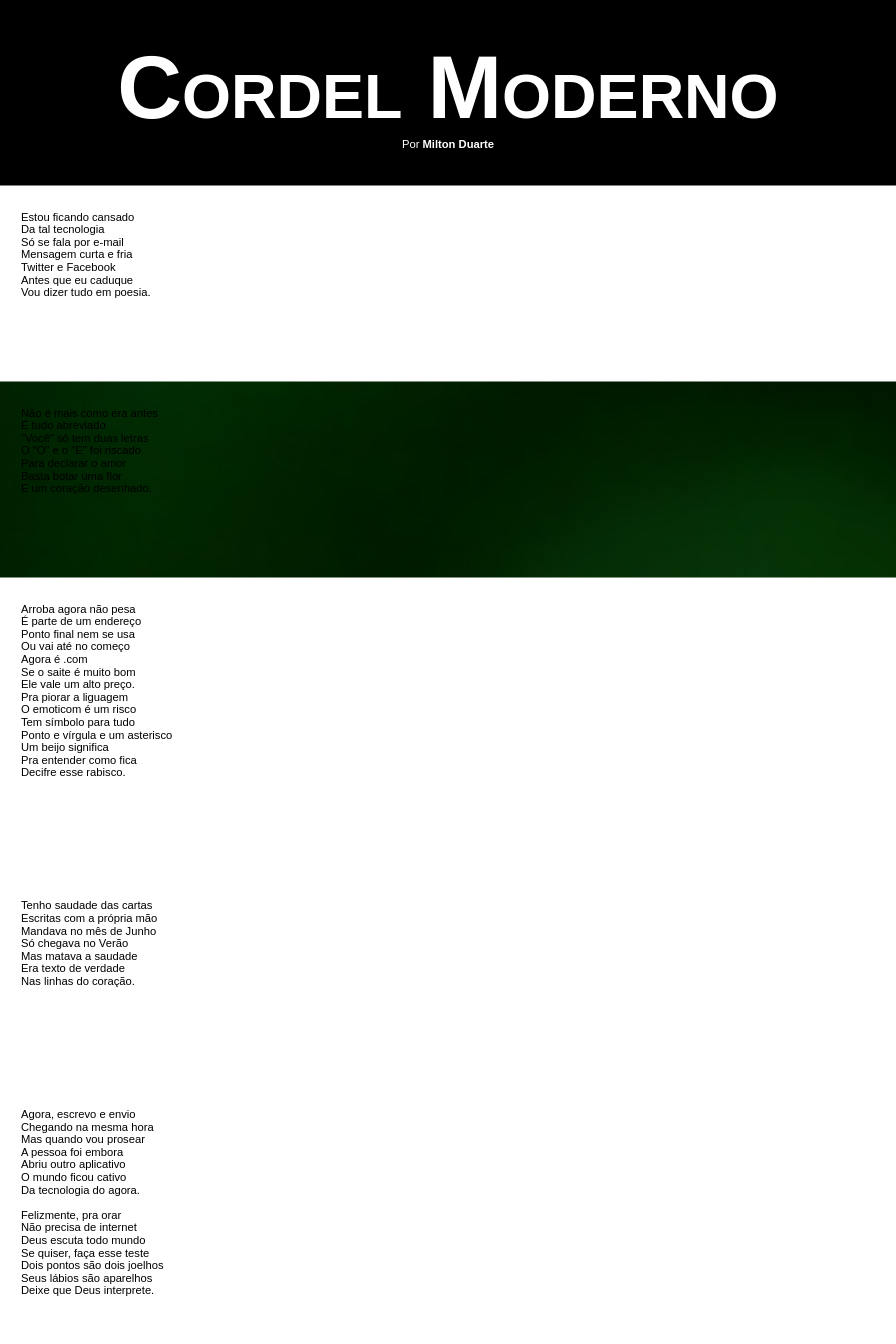
Repository: jorgprado/curso-html-css-Guanabara
Page: exec-pag-cordel/index.html
An editor plug-in stored every save of this project. The page is shown before and after the next save, followed by the edit.
The browser window is 1280 px wide. The pictures show the part of the page from y = 0 to 1920 px (the page is 1971 px tall before and 5051 px after), at 70% of full size.
Backgrounds fixed to the window are drawn as part of the page. Some web fonts or font styles are not loaded; a fallback is used.

Above is the page before, as saved 2023-05-18 16:09:20.

After the next save:
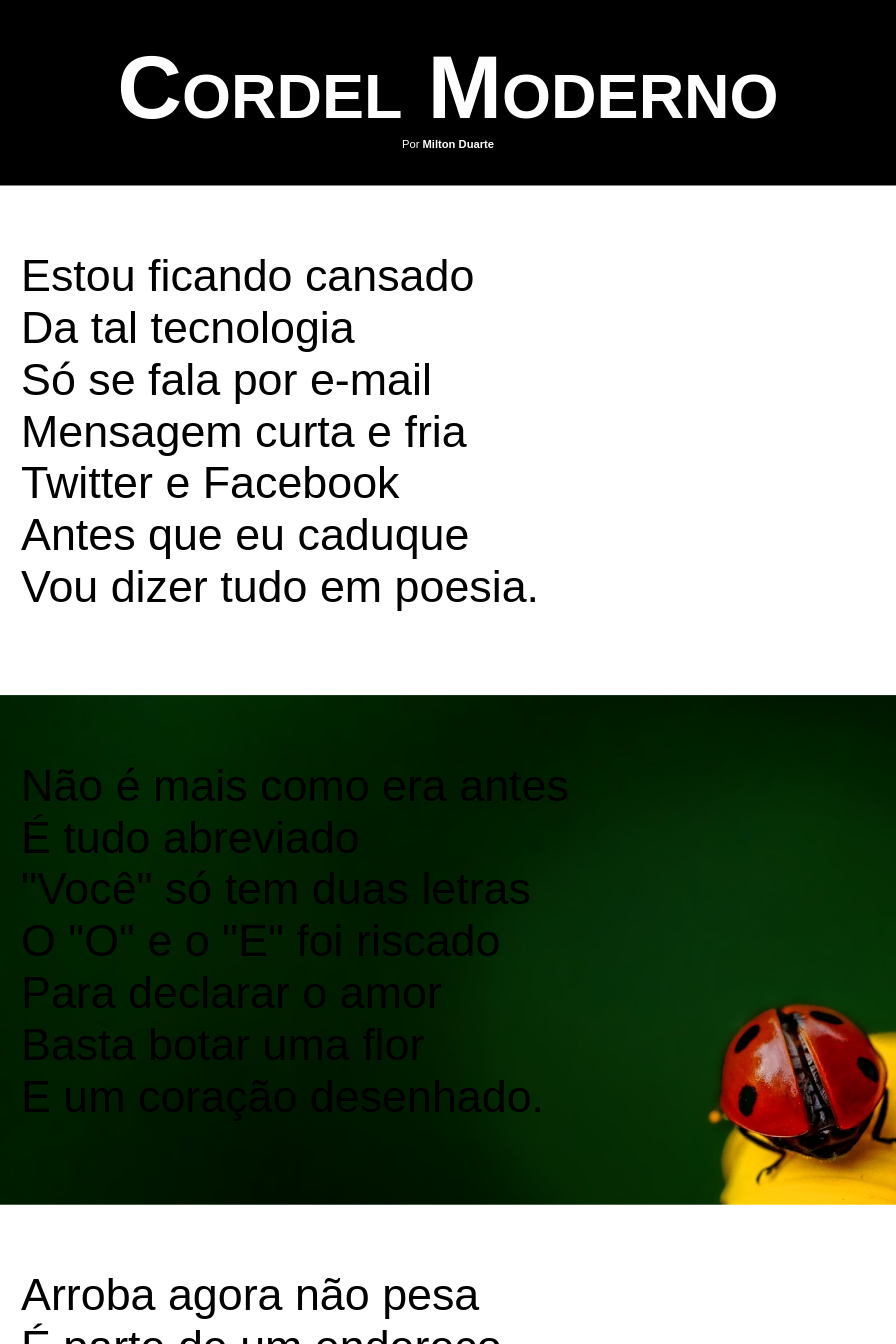
Saved 5 s later.
--- a/exec-pag-cordel/estilos/style.css
+++ b/exec-pag-cordel/estilos/style.css
@@ -46,7 +46,7 @@ main article .box{
 
 main article .box p{
     font-family: 'Sriracha', sans-serif;
-    font-size: 5;
+    font-size: 5vw;
 }
 
 main article .box-img{
